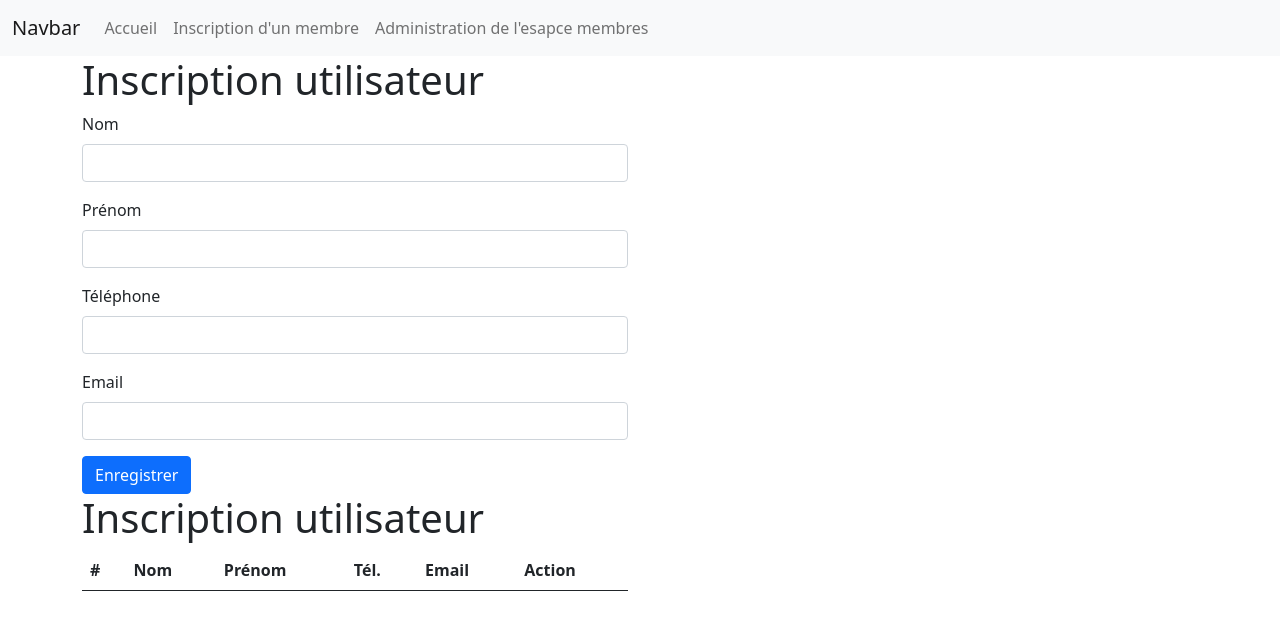
Repository: arione15/Ud-Mast_PHP_POO_espace_membre
Page: http://localhost/administration.php
These files come from the project's save history. The page is drawn as it stood at one moment and after the next save; the edit follows.
The browser window is 1280 px wide. The pictures show the whole page.
The page is run by PHP 8.4 with error messages shown; the project is at /var/www/html/. Queries for data that is not in the repository find no rows.

Above is the page before, as saved 2021-07-31 12:19:16.

After the next save:
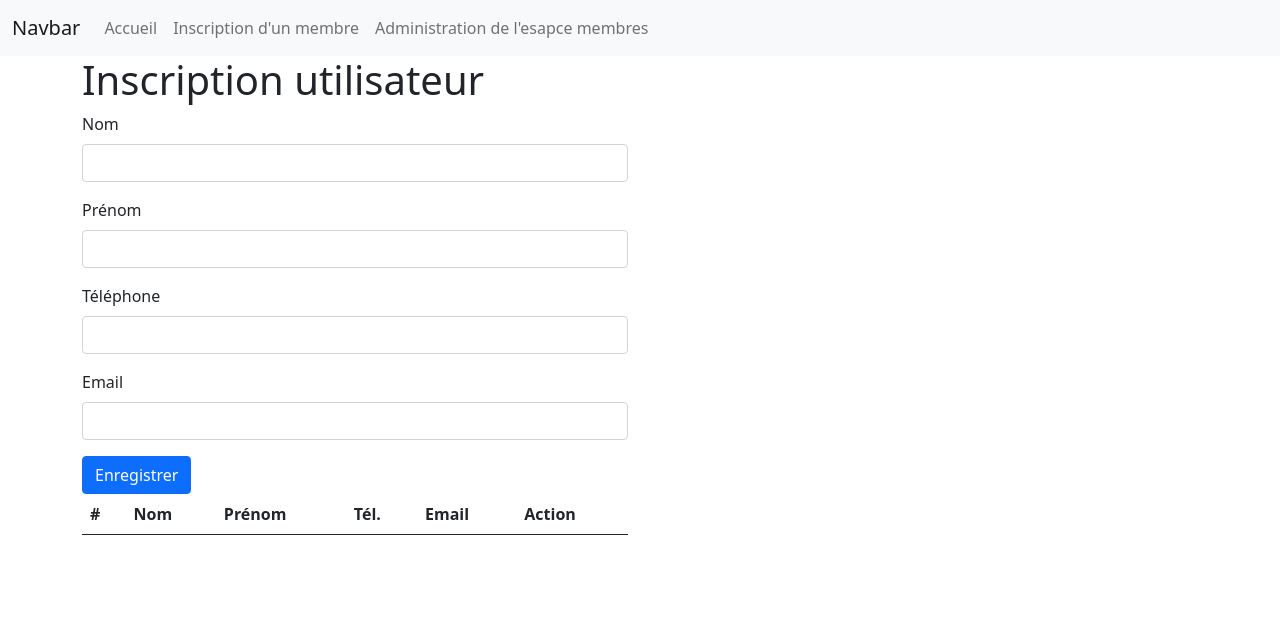
Saved 6 s later.
--- a/administration.php
+++ b/administration.php
@@ -97,7 +97,6 @@ $manager = new UtilisateursManager($pdo);
 
 
     <div class="container">
-        <h1>Inscription utilisateur</h1>
         <div class="row">
             <div class="col-md-6">
 
